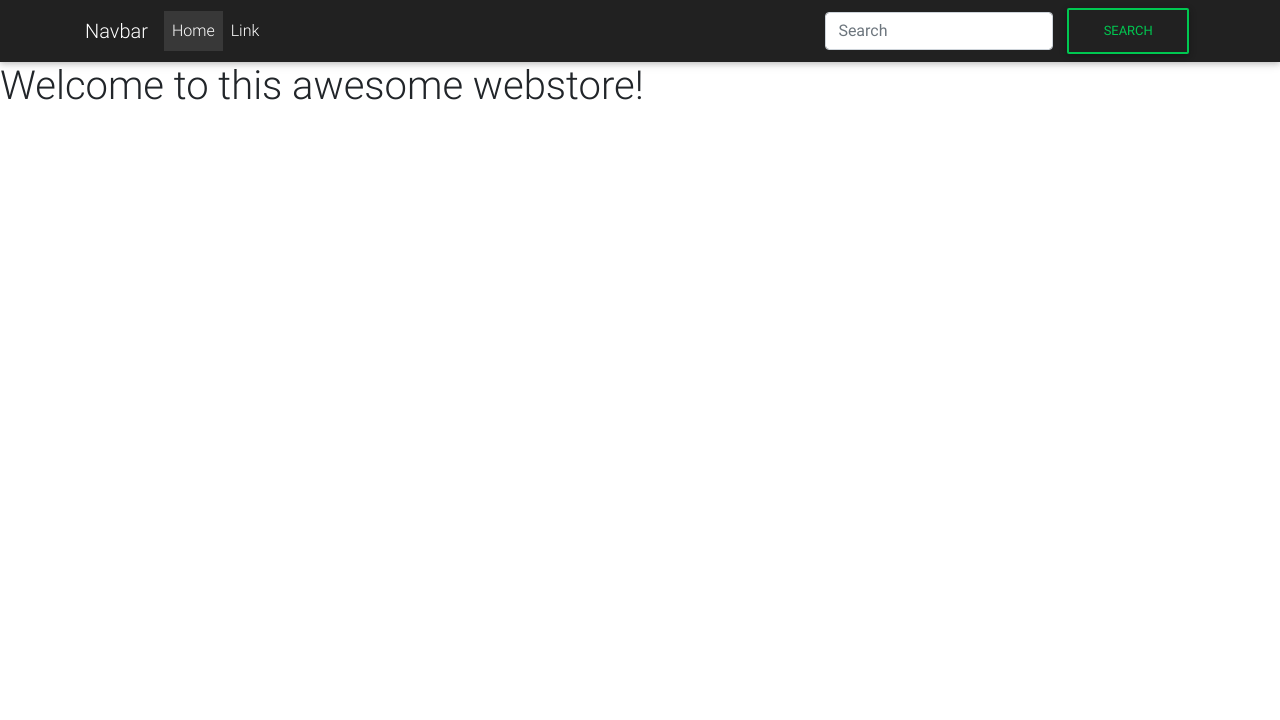
Repository: sainioan/Webshop
Page: http://localhost/
These files come from the project's save history. The page is drawn as it stood at one moment and after the next save; the edit follows.
The browser window is 1280 px wide. The pictures show the whole page.
The page is served by the project's application, run on Django 3.2 (manage.py).

Above is the page before, as saved 2021-04-17 09:06:10.
Console error: TypeError: Cannot read properties of undefined (reading 'fn')

After the next save:
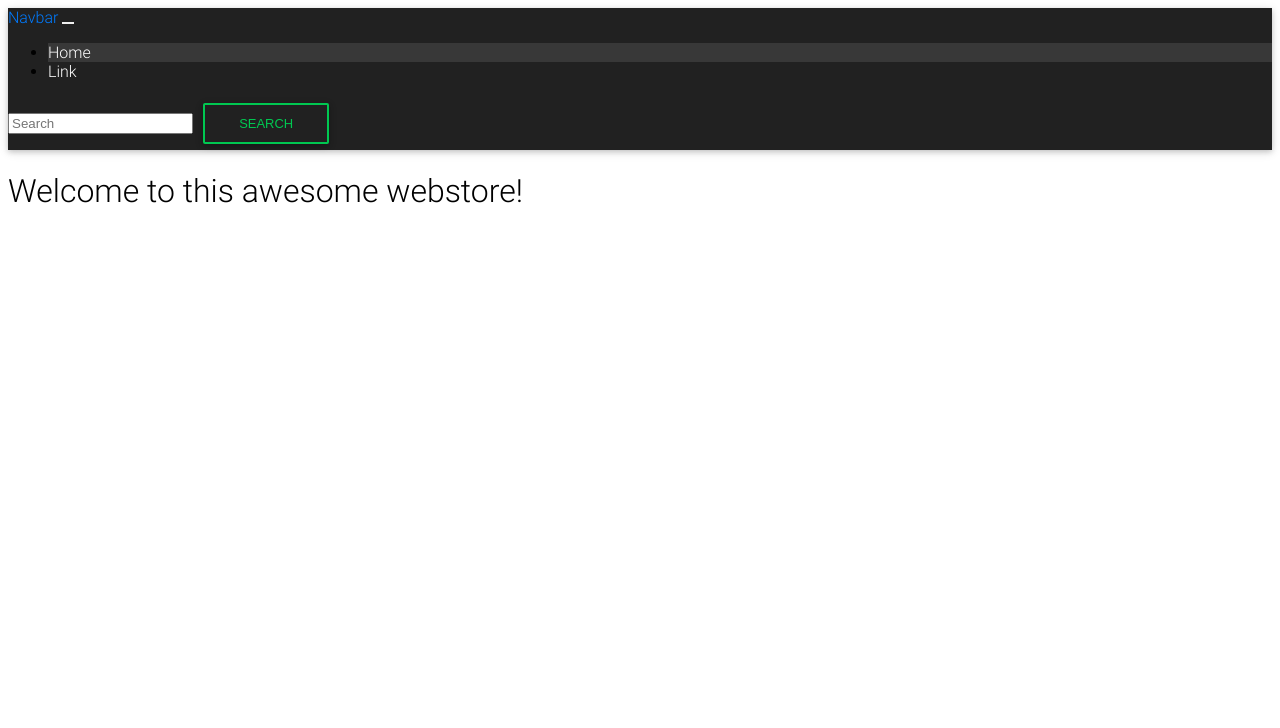
Saved 20 s later.
--- a/Webshop/templates/base.html
+++ b/Webshop/templates/base.html
@@ -24,7 +24,7 @@
     <script src="{% static 'js/bootstrap.min.js' %}"></script>
     <script src="{% static 'js/bootstrap.min.js.map' %}"></script>
     <script src="{% static 'js/bootstrap.js' %}"></script>
-    <link href="{% static 'more_css/css/bootstrap.min.css' %}" rel="stylesheet">
+    <!-- <link href="{% static 'more_css/css/bootstrap.min.css' %}" rel="stylesheet"> -->
   <link href="{% static 'more_css/css/mdb.min.css' %}" rel="stylesheet">
   <link href=" {% static 'more_css/css/style.min.css' %}" rel="stylesheet">
 </head>

After the save that followed:
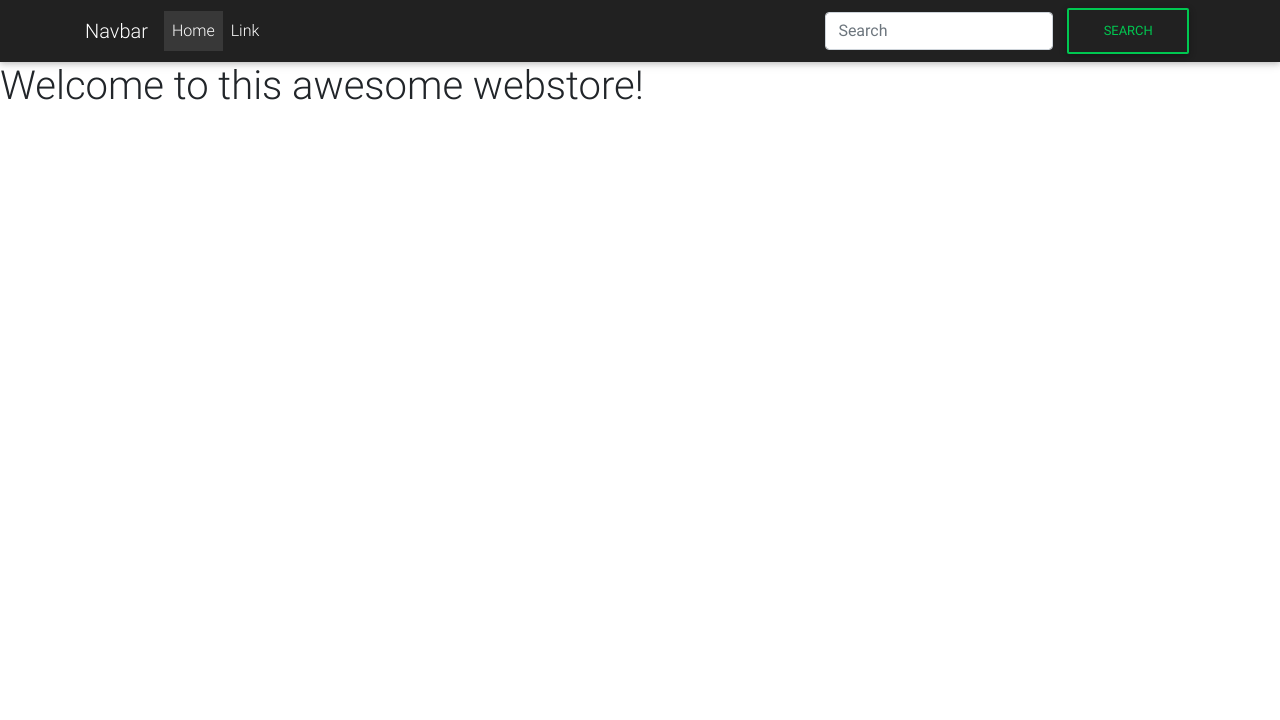
Saved 13 s later.
--- a/Webshop/templates/base.html
+++ b/Webshop/templates/base.html
@@ -24,7 +24,7 @@
     <script src="{% static 'js/bootstrap.min.js' %}"></script>
     <script src="{% static 'js/bootstrap.min.js.map' %}"></script>
     <script src="{% static 'js/bootstrap.js' %}"></script>
-    <!-- <link href="{% static 'more_css/css/bootstrap.min.css' %}" rel="stylesheet"> -->
+    <link href="{% static 'more_css/css/bootstrap.min.css' %}" rel="stylesheet">
   <link href="{% static 'more_css/css/mdb.min.css' %}" rel="stylesheet">
   <link href=" {% static 'more_css/css/style.min.css' %}" rel="stylesheet">
 </head>
